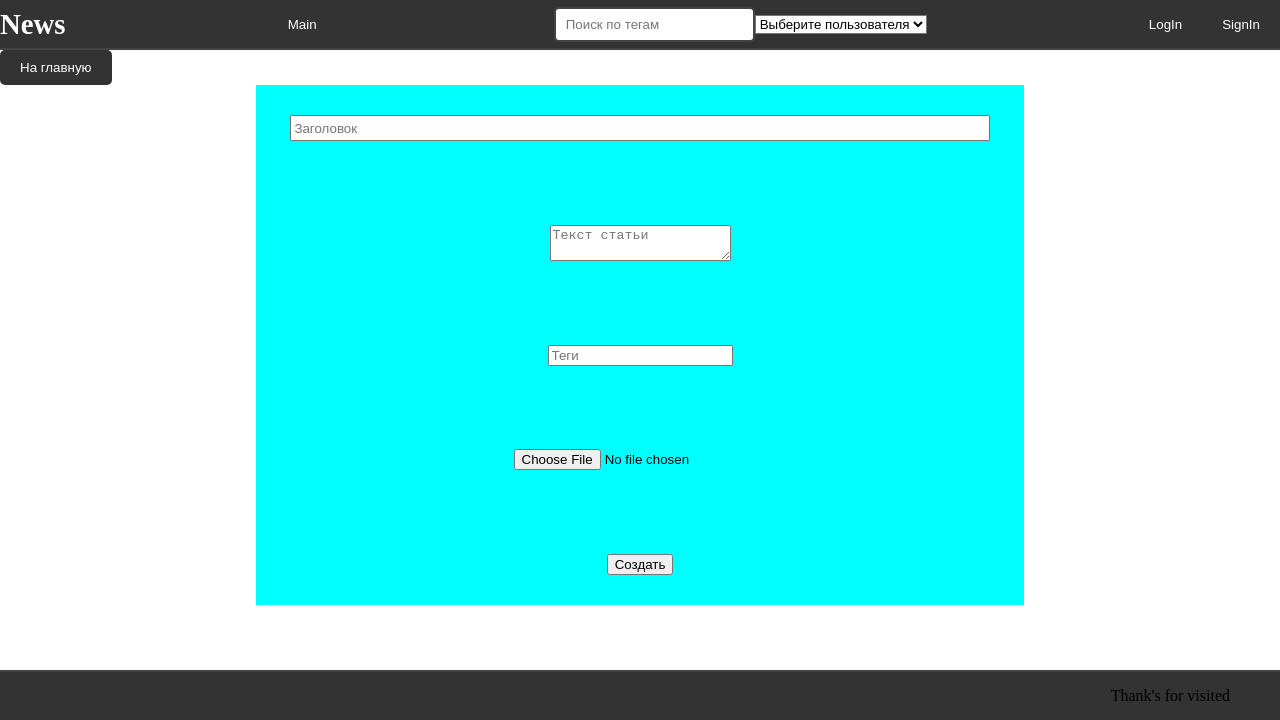
Repository: Igor-Blazhko/news_frontend
Page: /CreatePost
These files come from the project's save history. The page is drawn as it stood at one moment and after the next save; the edit follows.
The browser window is 1280 px wide. The pictures show the whole page.
The project was rebuilt for these pictures with package versions that can differ from the ones it lists, and the page was loaded fresh each time. Also part of the build but not shown: vite.config.ts, src/components/allPost/onePost/onePost.module.css, src/components/allPost/onePost/onePost.tsx, src/components/allPost/allPost.tsx, src/components/auth/logIn/login.module.css, src/components/auth/logIn/login.tsx, src/components/auth/register/register.tsx, src/components/pageOnePost/comments/comment.tsx and 2 more.

Above is the page before, as saved 2024-07-15 15:46:36.

### src/App.tsx
import Header from './components/header/header'
import AllPost from './components/allPost/allPost'
import Footer from './components/footer/footer'
import LogIn from './components/auth/logIn/login'
import { Page } from './types'
import SignIn from './components/auth/register/register'
import { BrowserRouter, Route, Routes } from 'react-router-dom'
import OnePost from './components/pageOnePost/OnePost'
import { Provider } from 'react-redux'
import { store } from './store'
import { QueryClient, QueryClientProvider } from '@tanstack/react-query'
import CreatePost  from './components/createPost/createPost'



const queryClient = new QueryClient();

function App() {

  return (
    <Provider store={store}>
      <QueryClientProvider client={queryClient}>
        <BrowserRouter>
        <Header></Header>
          <Routes>
            <Route path="*" element ={ <AllPost/> }/>
            <Route path={Page.LogIn} element ={ <LogIn/> }/>
            <Route path={Page.SignIn} element ={ <SignIn/> }/>
            <Route path={Page.CreatePost} element ={ <CreatePost/> }/>
            <Route path={Page.OnePost+'/:id'} element ={ <OnePost/> }/>
          </Routes>
        <Footer></Footer>
        </BrowserRouter>
      </QueryClientProvider>
    </Provider>
  )
}

export default App

### src/index.css
body{
  margin: 0;
  padding: 0;
  width: 100vw;
  min-height: 100vh;
  overflow-x: hidden;
}

main{
  min-height: calc(100vh - 100px);
}

### src/components/header/header.tsx

import { Link } from 'react-router-dom';
import Button from '../simplyComponents/button/button';
import styles from './header.module.css'
import ButtonAuth  from './buttonAuth/buttonAuth';
import Filter from './filter/filter';


export default function Header() {
        return (
        <header className={styles.header}>
            <div className={styles.logo}>
                News
            </div>
            <nav>
                <Link to="">
                    <Button>Main</Button>
                </Link>
            </nav>
            <Filter/>
            <ButtonAuth/>
        </header>
    )
}

### src/components/footer/footer.tsx
import { Link } from 'react-router-dom'
import styles from './footer.module.css'
import { Page } from '../../types'
import Button from '../simplyComponents/button/button'
import { useSelector } from 'react-redux'
import { States } from '../../store'

export default function Footer(){
    const JWT = useSelector( (state:States) => state.JWT)
    return(
        <footer className={styles.footer}>
            {
            JWT &&
            <Link to={'/'+Page.CreatePost}>
                <Button>Создать пост</Button>
            </Link>
            }

            <div className={styles.text}>Thank's for visited</div>
        </footer>
    )
}

### src/types.ts
export const enum Page {
    LogIn = 'LogIn',
    SignIn = 'SignIn',
    AllPost = 'AllPost',
    OnePost = 'OnePost',
    CreatePost = 'CreatePost',
}

export class ObjectToken {
    private readonly access_token:string;
    constructor(access_token:string){
        this.access_token = access_token;
    }
}

export class HTTPExeption{
    private readonly response:string;
    private readonly status:number;
    private readonly message:string;
    private readonly name:string;
    constructor(response:string, status:number, message:string, name:string){
        this.response = response;
        this.status = status;
        this.message = message;
        this.name = name;
    }
}

### src/store.ts
import { createStore } from '@reduxjs/toolkit'
import cooks from './basefunction';

export interface States{
  tagfilter: string[],
  userfilter: number,
  JWT:string|undefined,
  location: string,
}

const defaultState:States = {
  tagfilter: [],
  userfilter: 0,
  JWT: cooks.getJWT(),
  location: '*',
}

type Action = {
  type:string,
  buffer?:string,
  userId?:number,
  JWT?:string,
}
const reducer = (state = defaultState, action:Action) => {
  switch (action.type){
    case 'Filter':
      if (( 'buffer' in action) && (action.buffer !== undefined)) {
        const arr = action.buffer.split(' ');
        state = {...state,
          tagfilter: arr,
        }
      }
      return state;
    case 'setUserFilter':
      if (( 'userId' in action) && (action.userId !== undefined)) {
        state = {...state,
          userfilter: action.userId,
        }
      }
      return state
    case 'SetJWT':
      if ( ('JWT' in action) && (action.JWT !== undefined) ){
        state = {...state,
          JWT: action.JWT,
        }
        cooks.LogIn(action.JWT)
      // document.cookie = `JWT_token=${action.JWT}`
      }
      return state;
    case 'DelJwt':
      state = {
        ...state,
        JWT:'',
      }
      cooks.LogOut()
      return state;
    case 'setLocation':
      state = {
        ...state,
        location: location.pathname,
      }
      return state;
    case 'dropLocation':
      state = {
        ...state,
        location: '*',
      }
      return state;
    default:
      return state;
  }
}

export const store = createStore(reducer)

### src/components/createPost/createPost.tsx
import { Link } from "react-router-dom";
import { Page } from "../../types";
import Button from "../simplyComponents/button/button";
import SERVER from "../../dataServer";
import styles from "./createPost.module.css"

export default function CreatePost(){

    return (
        <main>
            <Link to={'/'}>
                <Button>На главную</Button>
            </Link>
            <div>
                <form action={SERVER.POST.News.create} method="post" className={styles.form}>
                    <input type="text" name="article" maxLength={254} placeholder="Заголовок" className={styles.article}/>
                    <textarea name="text" placeholder="Текст статьи" className={styles.text}/>
                    <input type="text" name="Tags" placeholder="Теги"  className={styles.tags}/>
                    <input type="file" />
                    <button type="submit" className={styles.btn}>Создать</button>
                </form>
            </div>
        </main>

    )
}

### src/components/simplyComponents/button/button.tsx
import { MouseEventHandler, ReactNode } from 'react'
import styles from './button.module.css'
type Button = {
    text?:string,
    children?:ReactNode
    onClick?:MouseEventHandler<HTMLButtonElement>
}

export default function Button(props:Button){

    return(
        <button className={styles.button} onClick={props.onClick}>{props.children}</button>
    )
}

### src/components/header/header.module.css
header {
    background-color: #333;
    display: flex;
    justify-content: space-between;
    align-items: center;
    border-bottom: 2px solid #444;
    box-sizing: border-box;
    min-height: 50px;
}

.logo {
    font-size: 1.8em;
    font-weight: bold;
    color: #fff;
}



  .filter {
    display: flex;
    align-items: center;
  }

  .filter input,
  .filterselect {
    padding: 8px 10px;
    margin-left: 15px;
    border: 2px solid #444;
    border-radius: 5px;
    transition: border-color 0.3s ease;
  }

  .filter input:focus,
  .filter select:focus {
    border-color: #888;
  }

  .filter select {
    background-color: #fff;
}

### src/components/header/buttonAuth/buttonAuth.tsx
import { useDispatch, useSelector } from "react-redux"
import { States } from "../../../store"
import cooks from "../../../basefunction";
import Button from "../../simplyComponents/button/button";
import { Link } from "react-router-dom";
import { Page } from "../../../types";

export default function ButtonAuth(){

    const JWT = useSelector( (state:States) => state.JWT);
    const dispatch = useDispatch();

    function LogOut(){
        dispatch({
            type: 'DelJwt',
        })
    }

    return (
        <>
            {
                JWT?
                <div className="auth">
                    <Button onClick={LogOut}>LogOut</Button>
                </div>
                :
                <div className="auth">
                    <Link to={Page.LogIn}>
                        <Button>LogIn</Button>
                    </Link>
                    <Link to={Page.SignIn}>
                        <Button>SignIn</Button>
                    </Link>
                </div>
                }
        </>
    )
}

### src/components/header/filter/filter.tsx

import { useEffect, useState } from 'react'
import { User } from '../../pageOnePost/types/types'
import styles from '../header.module.css'
import { useDispatch } from 'react-redux'

export default function Filter(){
    const [users, setUsers] = useState([ {
        id: 1,
        name: 'igor',
        sername: 'Blazhko',
        login: 'user1',
    }])
    const [change, setChange] = useState(false)
    const dispatch = useDispatch()

    useEffect(() => {
        const users = [
            {
                id: 1,
                name: 'igor',
                sername: 'Blazhko',
                login: 'user1',
            },
            {
                id: 2,
                name: 'igor',
                sername: 'Tokin',
                login: 'user2',
            },
            {
                id: 3,
                name: 'igor',
                sername: 'Lankin',
                login: 'user3',
            },
        ];
        setUsers(users);
        // setLog(JWT)
    },[])

    function changeFilter(event:React.ChangeEvent<HTMLInputElement>){
        dispatch({
            type:'Filter',
            buffer: event.target.value,
        })
    }

    function changeUser(event) {
        dispatch({
            type:'setUserFilter',
            userId: +event.target.value,
        })
        if ( +event.target.value ) setChange(true)
        else setChange(false)
    }

    return (
            <div className={styles.filter}>
                <input type="text" placeholder="Поиск по тегам" onChange={changeFilter}/>
                <select onChange={changeUser} defaultValue="option0">
                    <option value="0">
                        { change? 'Cбросить фильтрацию': 'Выберите пользователя'}
                    </option>
                    {
                        users.map((user:User)=> <option key = {user.id} value={user.id}>{user.name} {user.sername}</option>)
                    }
                </select>
            </div>
    )
}

### src/components/allPost/allPost.module.css

main {
    display: flex;
    flex-direction: column;
    row-gap: 25px;
  }

### src/dataServer.ts


const SERVER = {
    base: 'http://192.168.3.37:5000/',
    POST: {
        register: 'http://127.0.0.1:5000/auth/registration',
        login: 'http://127.0.0.1:5000/auth/login',
        comments: {
            createCom: 'http://127.0.0.1:5000/comments',
        },
        News: {
            create: 'http://127.0.0.1:5000/news',
        }
    },
    GET: {
        allNews: 'http://127.0.0.1:5000/news',
        oneNews: 'http://127.0.0.1:5000/news?id=',
        getAllCommentByPostId: 'http://127.0.0.1:5000/comments?id=',
    }
}
export default SERVER;

### src/components/footer/footer.module.css
footer {
    width: 100vw;
    background-color: #333;
    min-height: 50px;
    border-top: 2px solid #444;
    display: flex;
    justify-content: flex-end;
    align-items: center;
    box-sizing: border-box;
}

.text{
    margin-right: 50px;
}

### src/components/pageOnePost/OnePost.module.css
main{
  display: block;
}
.post_content_full {
    display: flex;
    flex-direction: column;
    align-items: center;
    text-align: center;
    animation: slideIn 0.5s ease-in-out;
  }

  .post_image {
    width: 150px;
    height: 150px;
    margin-bottom: 20px;
  }

  .post_title_full {
    font-size: 2em;
    margin-bottom: 20px;
  }

  .post_text_full {
    font-size: 1.2em;
    margin-bottom: 40px;
  }

  .comments {
    background-color: #fff;
    padding: 20px;
    border: 1px solid #ccc;
    border-radius: 10px;
    margin-top: 20px;
  }



  .comments h3 {
    font-size: 1.5em;
    margin-bottom: 10px;
  }

  .comment {
    margin-bottom: 10px;
    padding: 10px;
    border: 1px solid #ccc;
    border-radius: 5px;
    background-color: #fafafa;
  }

  .comment p {
    font-size: 1.2em;
  }

  .comment_form {
    margin-top: 20px;
  }

  .comment_form textarea {
    width: 100%;
    padding: 10px;
    margin-bottom: 10px;
    border: 1px solid #ccc;
    border-radius: 5px;
    resize: vertical;
    transition: border-color 0.3s ease;
  }

  .comment_form textarea:focus {
    border-color: #888;
  }

  .comment_form button {
    padding: 10px;
    border: none;
    border-radius: 5px;
    background-color: #333;
    color: #fff;
    cursor: pointer;
    transition: background-color 0.3s ease, transform 0.3s ease;
  }

  .comment_form button:hover {
    background-color: #444;
    transform: translateY(-3px);
  }

### src/basefunction.ts
import { useDispatch } from "react-redux";

class Cookie {
    getCookie(name:string) {
        let matches = document.cookie.match(new RegExp(
          "(?:^|; )" + name.replace(/([\.$?*|{}\(\)\[\]\\\/\+^])/g, '\\$1') + "=([^;]*)"
        ));
        return matches ? decodeURIComponent(matches[1]) : undefined;
    }

    setCookie(name:string, value:string, options = {}) {

        options = {
          path: '/',
          // при необходимости добавьте другие значения по умолчанию
          ...options
        };

        if (options.expires instanceof Date) {
          options.expires = options.expires.toUTCString();
        }

        let updatedCookie = encodeURIComponent(name) + "=" + encodeURIComponent(value);

        for (let optionKey in options) {
          updatedCookie += "; " + optionKey;
          let optionValue = options[optionKey];
          if (optionValue !== true) {
            updatedCookie += "=" + optionValue;
          }
        }

        document.cookie = updatedCookie;
    }

    deleteCookie(name:string) {
        this.setCookie(name, "", {
          'max-age': -1
        })
    }

    getJWT(){
        return this.getCookie('JWT_token')
    }

    LogIn(token:string){
        this.setCookie('JWT_token', token, {
            'max-age': 3600
          } )
    }

    LogOut(){
        this.setCookie('JWT_token', '', {
            'max-age': 3600
          } )
    }
}
const cooks = new Cookie()
export default cooks

### src/components/createPost/createPost.module.css
.form {
    background-color: aqua;
    width: 60%;
    height: calc(100vh - 200px);
    margin: 0 auto;
    display: flex;
    flex-direction: column;
    justify-content: space-between;
    align-items: center;
    padding: 30px 0 ;
    box-sizing: border-box;
}

.article{
    width: 90%;
    height: 20px;
}

### src/components/simplyComponents/button/button.module.css
.button {
    padding: 10px 20px;
    background-color: #333;
    color: #fff;
    border: none;
    border-radius: 5px;
    cursor: pointer;
    transition: background-color 0.3s ease, transform 0.3s ease;
    text-decoration: none;
}

.button:hover {
    background-color: #444;
    transform: translateY(-3px);
}

Loaded but not shown: index.html (common file); src/main.tsx (common file)

After the next save:
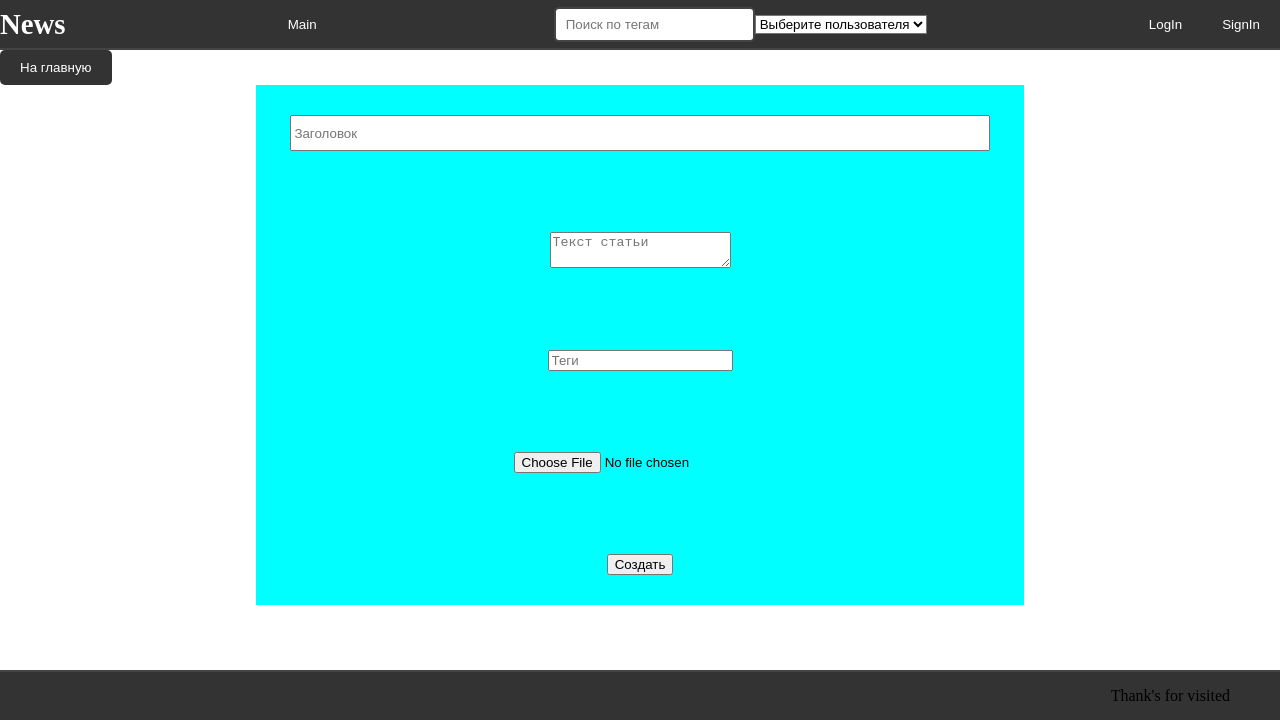
Saved 4 s later.
--- a/src/components/createPost/createPost.module.css
+++ b/src/components/createPost/createPost.module.css
@@ -13,5 +13,5 @@
 
 .article{
     width: 90%;
-    height: 20px;
+    height: 30px;
 }
